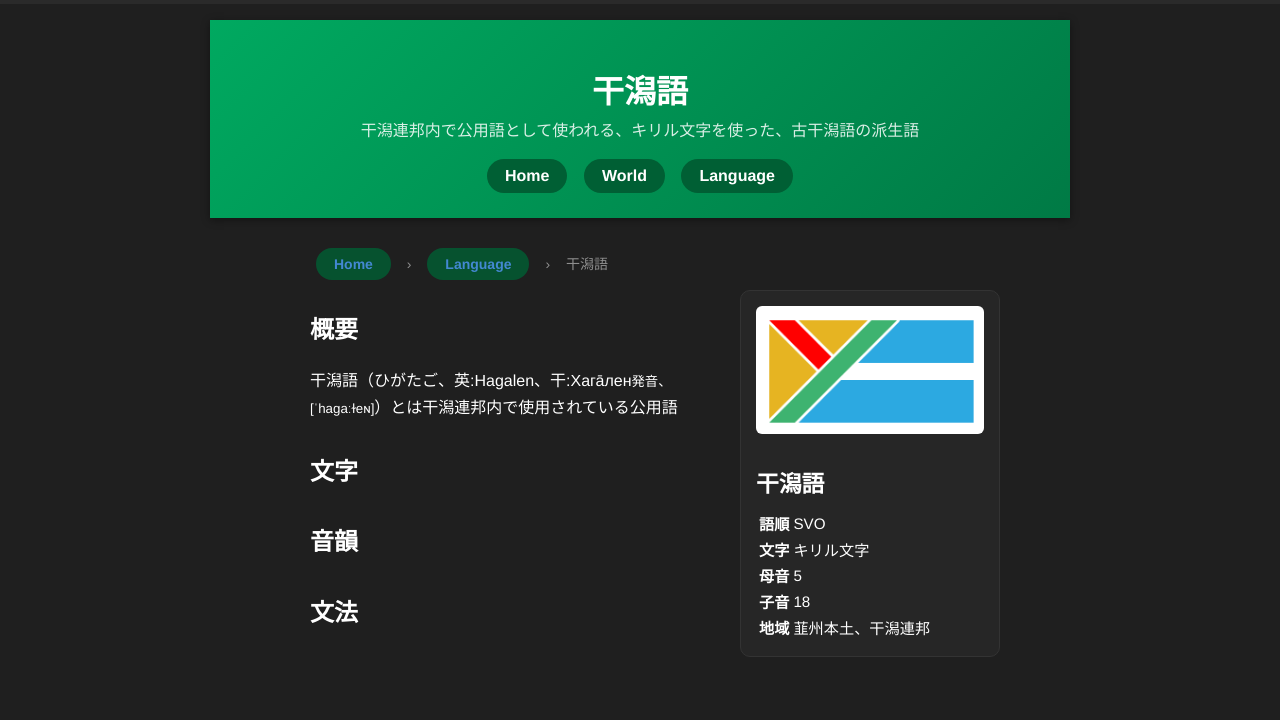
Repository: Player5270-antake/Player5270-antake.github.io
Page: language/hagalen/index.html
The author's editor kept a copy of each file at every save. The page is drawn from the files as they stood at one save, then again after the next save.
The browser window is 1280 px wide. The pictures show the whole page.

Above is the page before, as saved 2026-03-08 22:34:20.

After the next save:
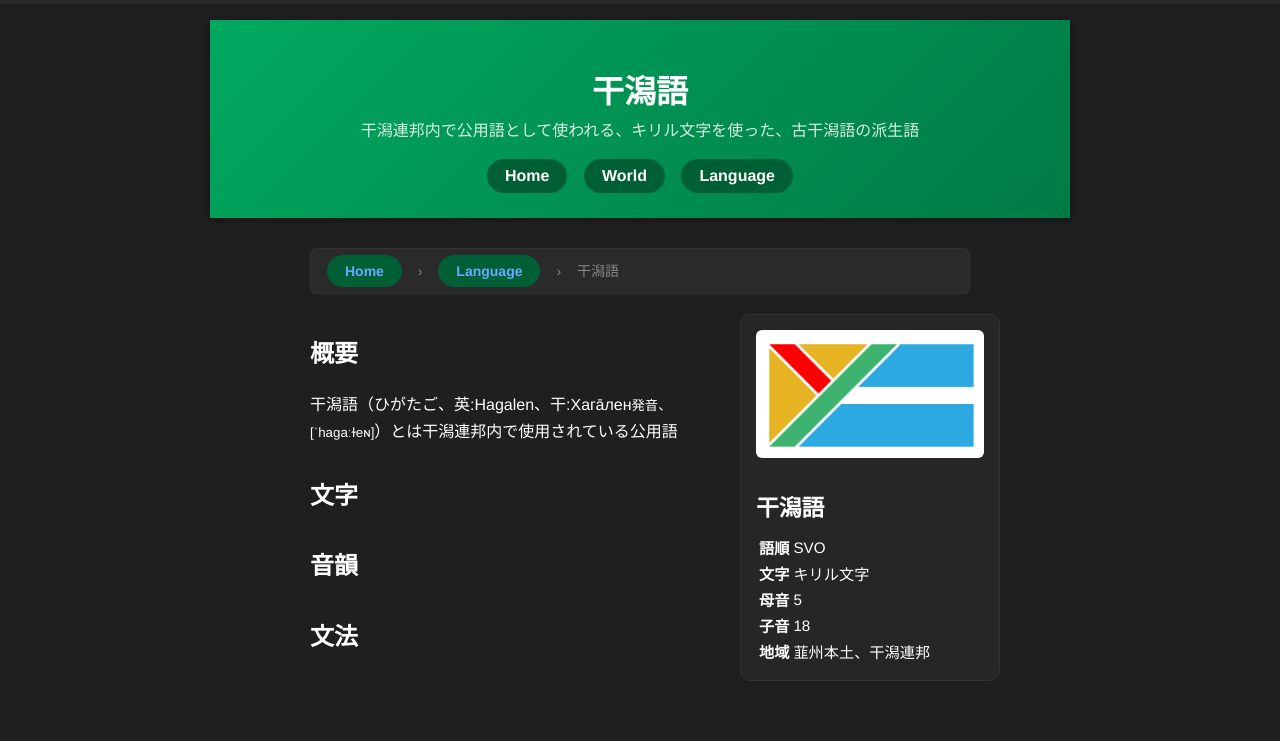
Saved 5 min 37 s later.
--- a/css/layout.css
+++ b/css/layout.css
@@ -49,21 +49,27 @@ footer{
 
 /*パンくずリスト*/
 .breadcrumb{
+    background:#2a2a2a;
+    border:1px solid #333;
+    border-radius:6px;
+
+    padding:6px 10px;
+    margin:10px 0 20px 0;
+
     font-size:14px;
-    margin:10px 0;
-    opacity:0.8;
-}
+    color:#ccc;
+    }
 
-.breadcrumb a{
-    color:#4da3ff;
+    .breadcrumb a{
+    color:#6aa9ff;
     text-decoration:none;
-}
+    }
 
-.breadcrumb a:hover{
+    .breadcrumb a:hover{
     text-decoration:underline;
-}
+    }
 
-.breadcrumb span{
+    .breadcrumb span{
     margin:0 6px;
-    color:#aaa;
-}
+    color:#888;
+    }
